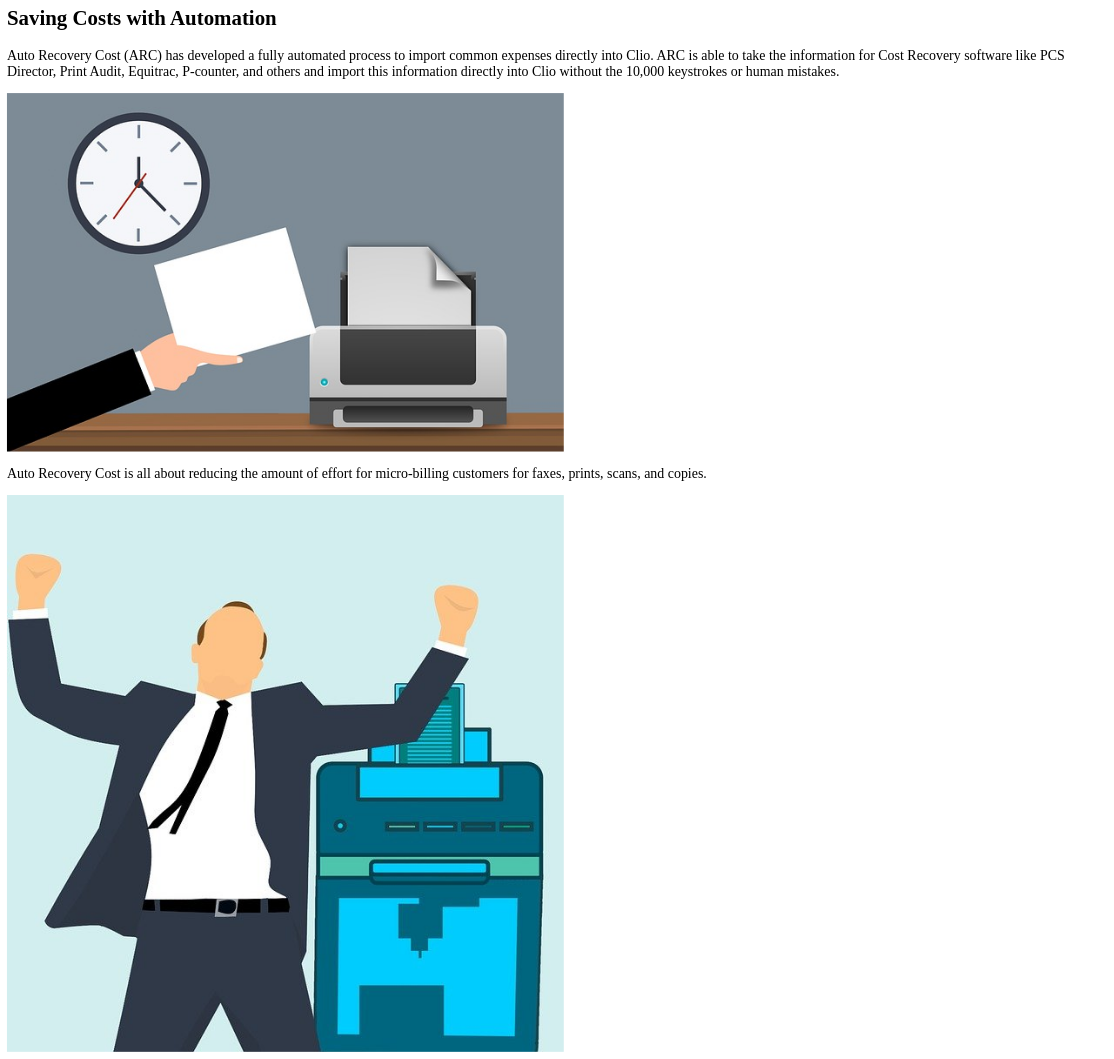
Repository: batmikun/Courses
Page: Front-End/SPA NATIVE JS/src/views/home.html
An editor plug-in stored every save of this project. The page is shown before and after the next save, followed by the edit.
The browser window is 1280 px wide. The pictures show the whole page, at 87% of full size.

Above is the page before, as saved 2021-11-21 17:08:11.

After the next save:
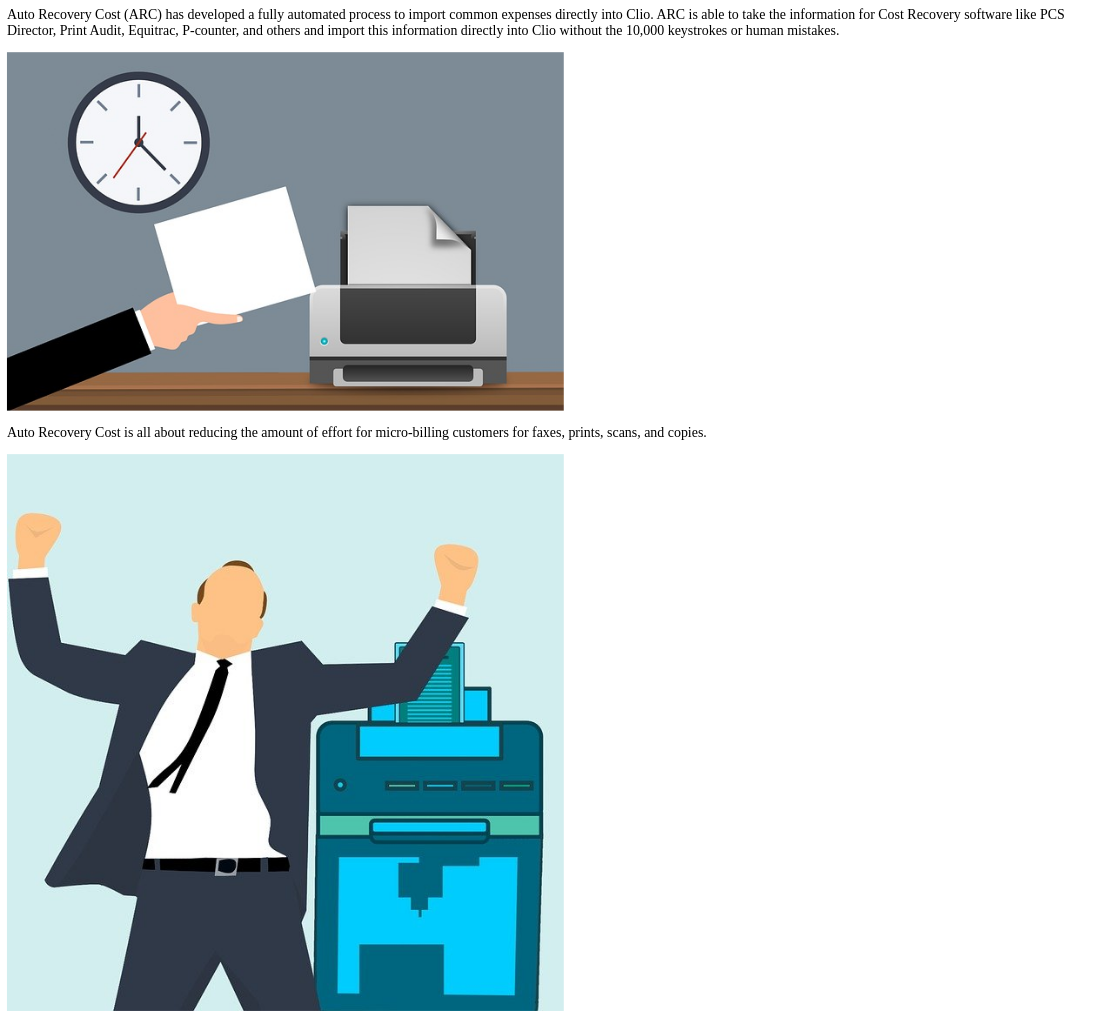
Saved 18 s later.
--- a/Front-End/SPA NATIVE JS/src/views/home.html
+++ b/Front-End/SPA NATIVE JS/src/views/home.html
@@ -1,6 +1,5 @@
 <div class="content">
     <div class="content__fc">
-        <h2>Saving Costs with Automation</h2>
         <p>
             Auto Recovery Cost (ARC) has developed a fully automated process to import common expenses directly into Clio.  ARC is able to take the information for Cost Recovery software like PCS Director, Print Audit, Equitrac, P-counter, and others and import this information directly into Clio without the 10,000 keystrokes or human mistakes.
         </p>
